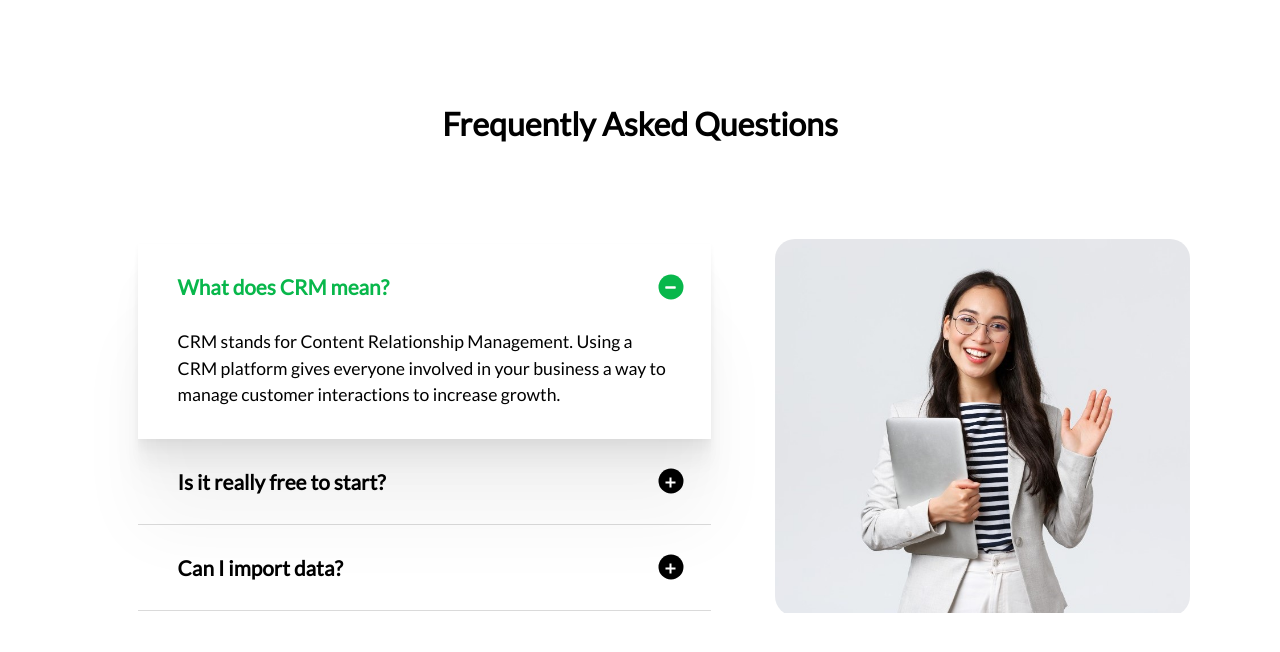
Repository: emiliaiwu/faq_component
Page: index.html
The author's editor kept a copy of each file at every save. The page is drawn from the files as they stood at one save, then again after the next save.
The browser window is 1280 px wide. The pictures show the whole page.
Some icons come from a web library that is not loaded, so they are not drawn. Some web libraries are served in a nearby version.

Above is the page before, as saved 2022-12-13 21:10:01.

After the next save:
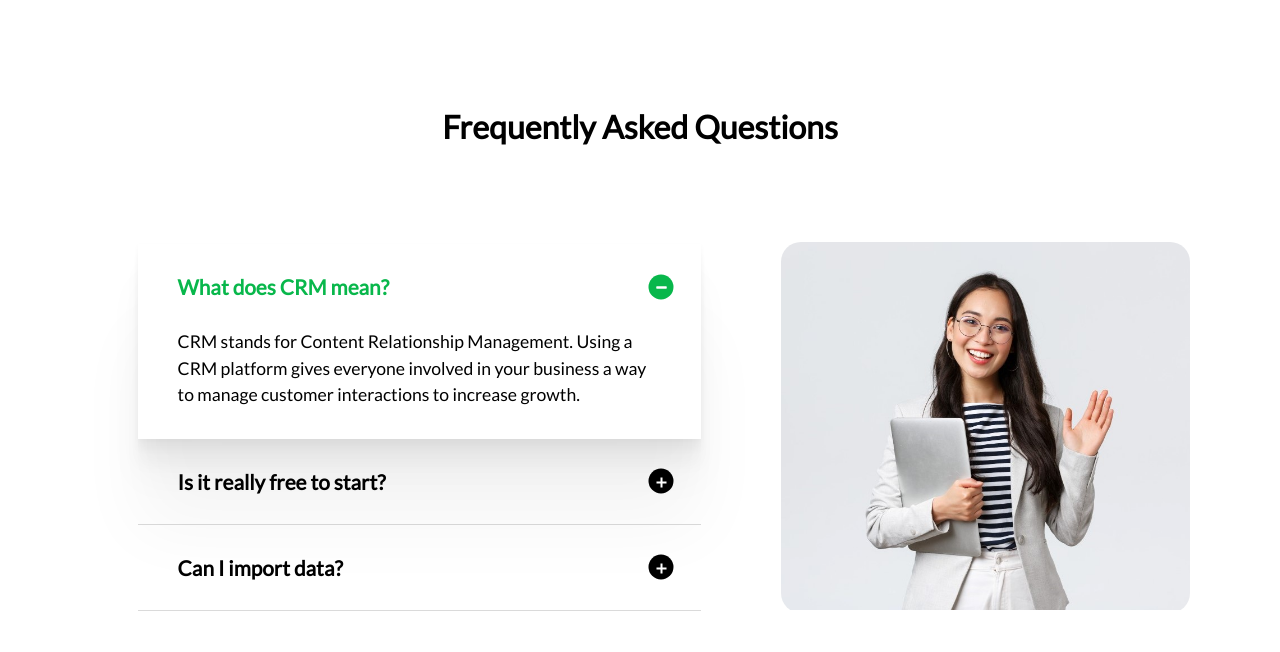
Saved 5 s later.
--- a/index.html
+++ b/index.html
@@ -61,7 +61,9 @@
                     </div>
                 </div>
             </div>
+            <div class="image">
 
+            </div>
             <div class="faq_image">
                 <img src="img/meeting.jpg" alt="">
             </div>

After the 2 saves that followed:
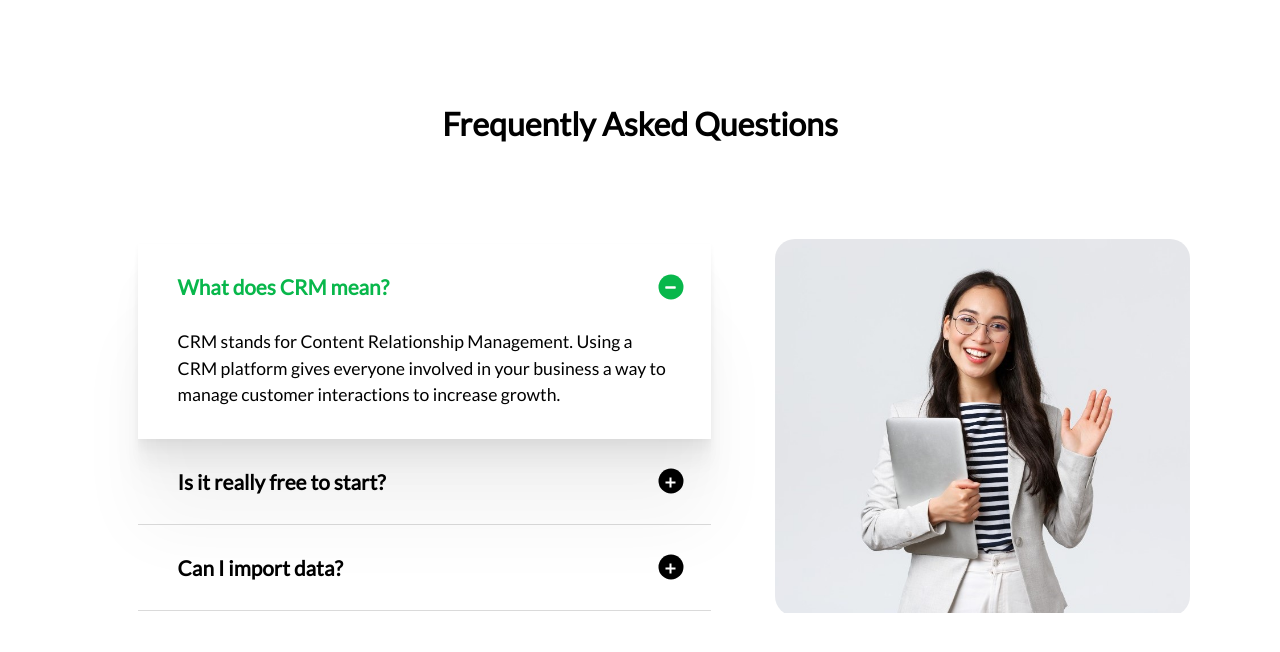
The 2 saves are shown as one change because they came seconds apart.
The last was saved 6 s later.
--- a/index.html
+++ b/index.html
@@ -62,11 +62,12 @@
                 </div>
             </div>
             <div class="image">
+                 <div class="faq_image">
+                <img src="img/meeting.jpg" alt="">
+            </div>
 
             </div>
-            <div class="faq_image">
-                <img src="img/meeting.jpg" alt="">
-            </div>
+
         </article>
  <script src="script.js"></script>
 </body>
